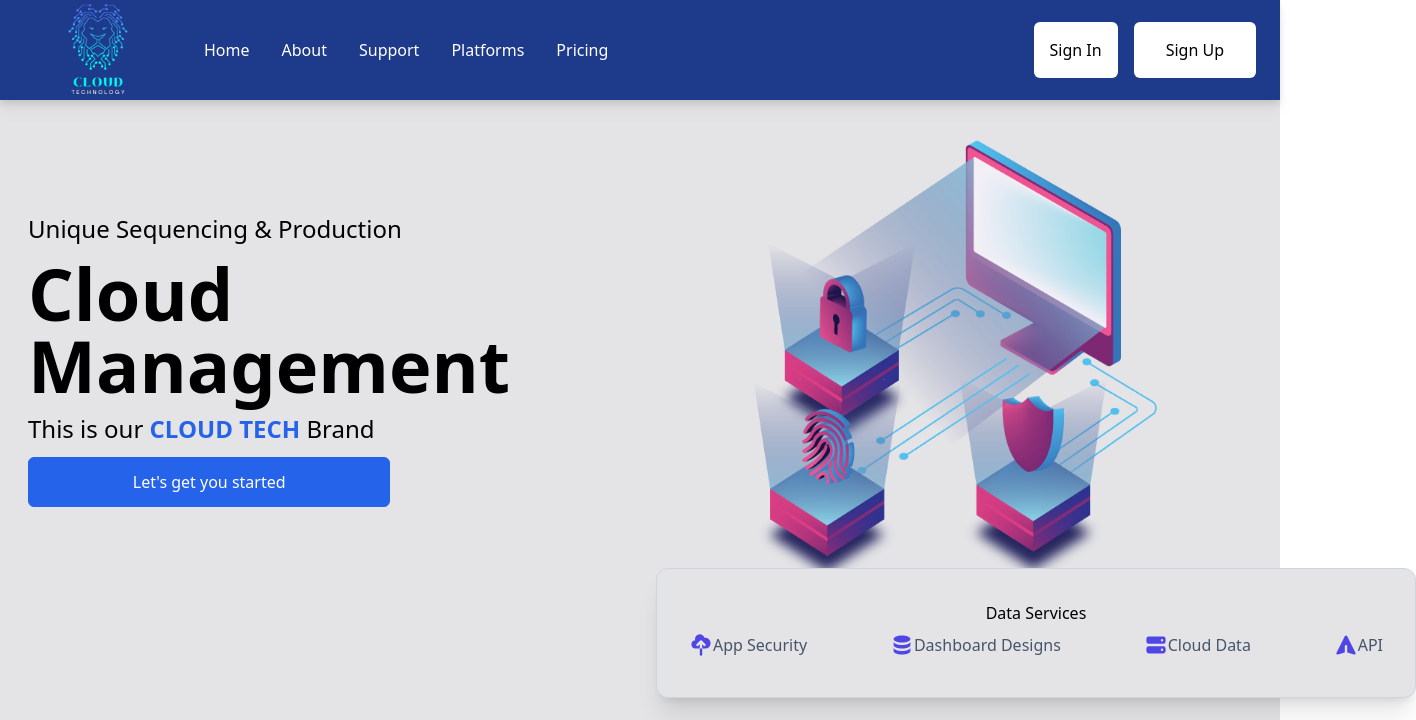
Repository: Esther-Kamau/cloud-management
Page: /
These files come from the project's save history. The page is drawn as it stood at one moment and after a run of saves; the edit follows.
The browser window is 1280 px wide. The page is 1416 px wide, then 1296 px, then 1416 px, so the pictures cover 1416 px, including what lies to the right of the window. The pictures show the whole page.
The project was rebuilt for these pictures with package versions that can differ from the ones it lists, and the page was loaded fresh each time. A package was used in the major version that the imports need, not the one package.json lists.

Above is the page before, as saved 2023-03-16 18:21:33.

After the next 2 saves:
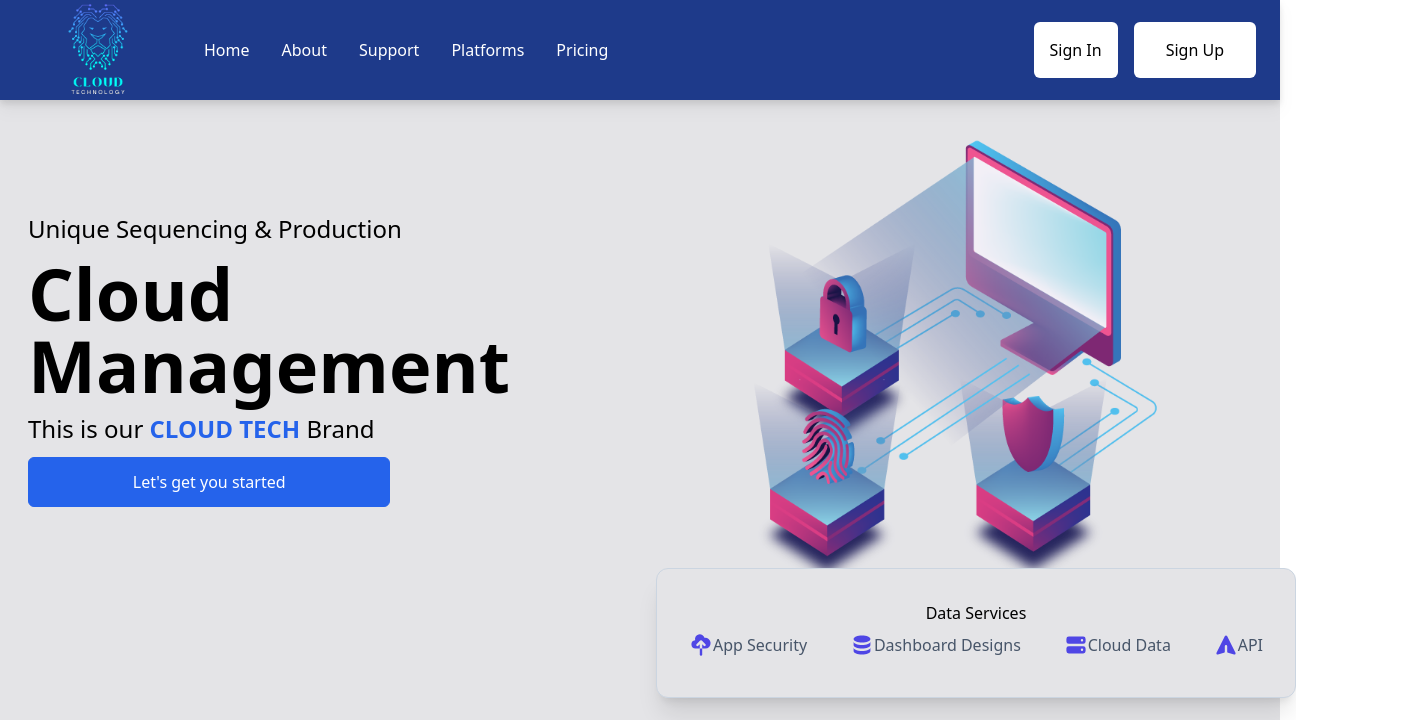
The 2 saves are shown as one change because they came seconds apart.
The last was saved 20 s later.
--- a/src/components/Hero.jsx
+++ b/src/components/Hero.jsx
@@ -30,7 +30,7 @@
         </div>
         {/* check on this later: absolute position */}
         <div
-          className="absolute flex flex-col py-8 md:min-w-[760px] bottom-[3%] mx-4 md:left-1/2 bg-zinc-200
+          className="absolute flex flex-col py-8 md:min-w-[640px] bottom-[3%] mx-4 md:left-1/2 bg-zinc-200
                  border border-slate-300 rounded-xl text-center shadow-xl"
         >
           <p>Data Services</p>

After the 2 saves that followed:
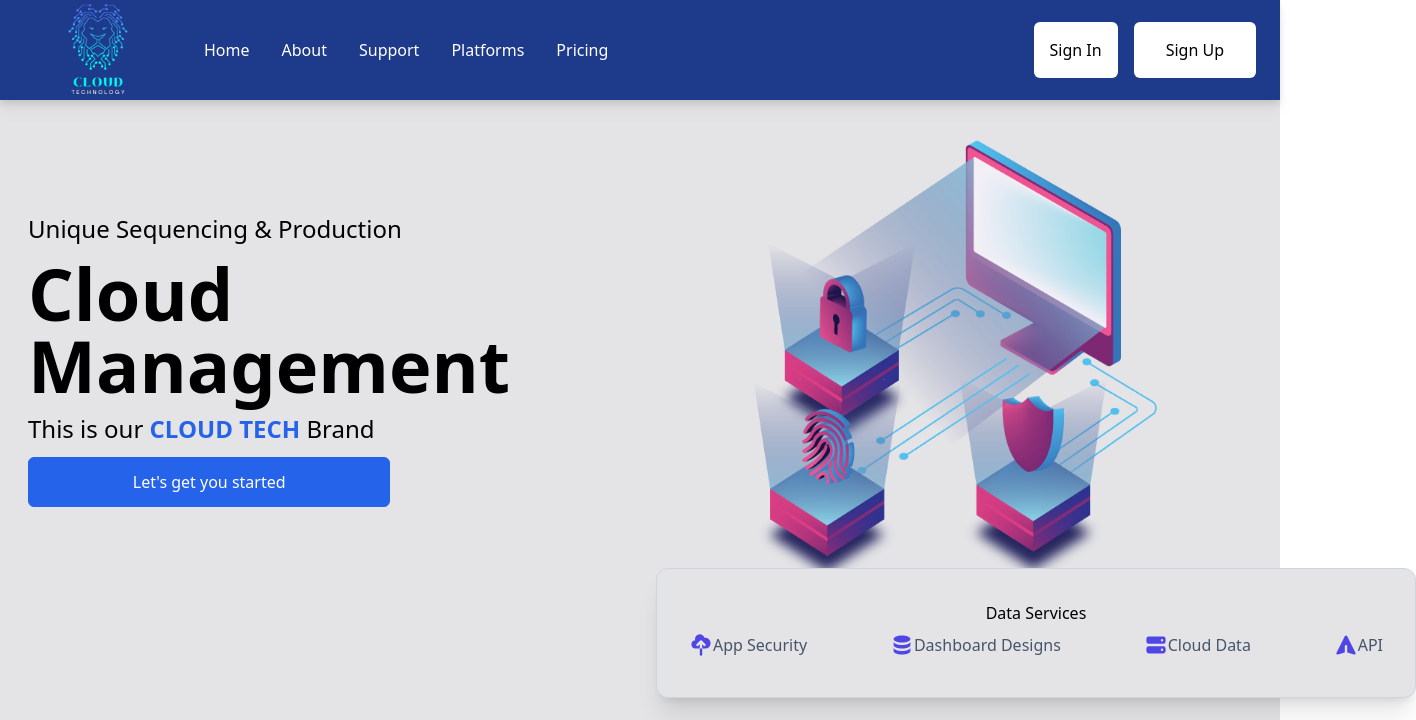
The 2 saves are shown as one change because they came seconds apart.
The last was saved 12 s later.
--- a/src/components/Hero.jsx
+++ b/src/components/Hero.jsx
@@ -30,7 +30,7 @@
         </div>
         {/* check on this later: absolute position */}
         <div
-          className="absolute flex flex-col py-8 md:min-w-[640px] bottom-[3%] mx-4 md:left-1/2 bg-zinc-200
+          className="absolute flex flex-col py-8 md:min-w-[760px] bottom-[3%] mx-4 md:left-1/2 bg-zinc-200
                  border border-slate-300 rounded-xl text-center shadow-xl"
         >
           <p>Data Services</p>
